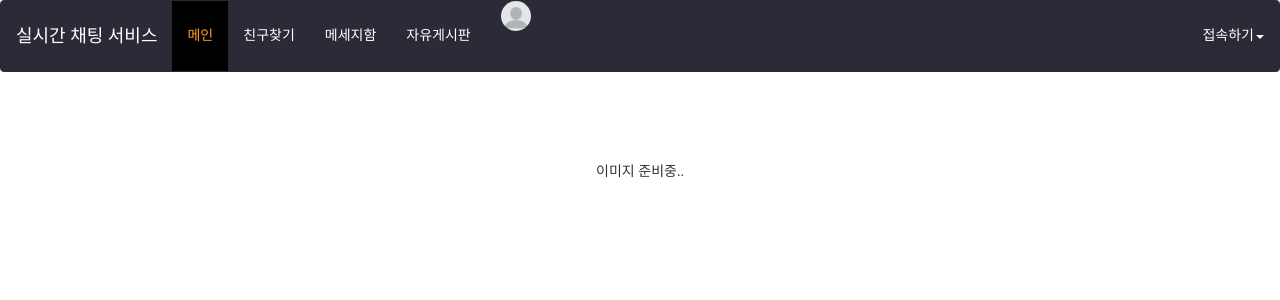
Repository: kkoseunghyun/javaAjaxChat
Page: http://localhost/UserChat/
These files come from the project's save history. The page is drawn as it stood at one moment and after the next save; the edit follows.
The browser window is 1280 px wide. The pictures show the whole page.
Some web fonts or font styles are not loaded; a fallback is used. Some web libraries are served in a nearby version. The page is served by Tomcat 9. Other server files are loaded and not shown. Queries for data that is not in the repository find no rows.

Above is the page before, as saved 2019-07-13 08:37:15.

### JspAjax/UserChat/WebContent/index.jsp
<%@ page language="java" contentType="text/html; charset=UTF-8" pageEncoding="UTF-8"%>
<!DOCTYPE html>
<%@ page import="user.UserDAO" %>
<%@ page import="user.UserDTO" %>
<html>
<%
	String userID = null;
	if(session.getAttribute("userID") != null){
		userID = (String) session.getAttribute("userID");
	}

	UserDAO userDAO = new UserDAO();
	//UserDTO user = userDAO.getUser(userID);
	String userProfile = userDAO.getProfile(userID); // profile의 경로를 가져오는 메서드

%>
<head>
	<meta charset="UTF-8">
	<meta name="viewport" content="width=device-width, initial-scale=1">
	<link rel="stylesheet" type="text/css" href="css/bootstrap.css">
	<link rel="stylesheet" type="text/css" href="css/custom.css?versionewg=2">
	<link rel="stylesheet" type="text/css" href="css/custom2.css?versiontff=2">
	<title>JSP Ajax 실시간 회원제 채팅 서비스</title>
	<script src="https://code.jquery.com/jquery-3.1.1.min.js"></script>
	<script src="js/bootstrap.js"></script>
	<script type="text/javascript">
		/* 상단 내비게이션 메세지함 unread 라벨 표시 */
		function getUnread() {
			$.ajax({
				type: "POST",
				url: "./chatUnread",
				data: {
					userID: encodeURIComponent('<%= userID %>'),
				},
				success: function(result) {
					if(result >= 1) {
						showUnread(result);
					} else {
						showUnread('');
					}
				}
			});
		}
		function getInfiniteUnread() {
			setInterval(function() {
				getUnread();
			}, 4000);
		}
		function showUnread(result) {
			$('#unread').html(result);
		}
	</script>
</head>
<body>
	<nav class="navbar navbar-default">
		<div class="navbar-header">
			<button type="button" class="navbar-toggle collapsed"
				data-toggle="collapse" data-target="#bs-example-navbar-collapse-1"
				aria-expanded="false">
				<span class="icon-bar"></span>
				<span class="icon-bar"></span>
				<span class="icon-bar"></span>
			</button>
			<a class="navbar-brand" href="index.jsp">실시간 채팅 서비스</a>
		</div>
		<div class="collapse navbar-collapse" id="bs-example-navbar-collapse-1">
			<ul class="nav navbar-nav">
				<li class="active"><a href="index.jsp">메인</a></li>
				<li><a href="find.jsp">친구찾기</a></li>
				<li><a href="box.jsp">메세지함<span id="unread" class="label label-info"></span></a></li>
				<li><a href="boardView.jsp">자유게시판</a></li>
				<li><a href="userStatus.jsp"><img class="media-object img-circle" style="media-object: display:none; margin: 0 auto; max-width: 30px; max-height: 30px;" src="<%= userProfile %>"></img></a></li>
			</ul>
			<%
				if(userID == null){ // 로그인이 안된사람들에 한해 보여지는 네비게이션 바
			%>
			<ul class="nav navbar-nav navbar-right">
				<li class="dropdown">
					<a href="#" class="dropdown-toggle"
						data-toggle="dropdown" role="button" aria-haspopup="true"
						aria-expanded="false">접속하기<span class="caret"></span></a>
					<ul class="dropdown-menu">
						<li><a href="login.jsp">로그인</a></li>
						<li><a href="join.jsp">회원가입</a></li>
					</ul>
				</li>
			</ul>
			<%
				} else {
			%>
			<ul class="nav navbar-nav navbar-right">
				<li class="dropdown">
					<a href="#" class="dropdown-toggle"
						data-toggle="dropdown" role="button" aria-haspopup="true"
						aria-expanded="false">회원관리<span class="caret"></span></a>
					<ul class="dropdown-menu">
						<li><a href="update.jsp">회원정보수정</a></li>
						<li><a href="profileUpdate.jsp">프로필 사진 수정</a></li>
						<li><a href="logoutAction.jsp">로그아웃</a></li>
					</ul>
				</li>
			</ul>
			<%
				}
			%>
		</div>
	</nav>
	<div class="container">
		<div style="width:100%; height:160px; line-height:160px; text-align: center;">
			<p>이미지 준비중..</p>
		</div>
	</div>
	<%
		/*
			UserRegisterServlet.java, UserLoginServlet에서 session.setAttribute로 정의한
			messageContent,messageType 을 session.getAttribute를 통해 가져와서, 색깔셋팅 등 messageModal 설정부분
		*/
		String messageContent = null;
		if (session.getAttribute("messageContent") != null) {
			messageContent = (String) session.getAttribute("messageContent");
		}
		String messageType = null;
		if (session.getAttribute("messageType") != null) {
			messageType = (String) session.getAttribute("messageType");
		}
		if (messageContent != null) {
	%>
	<!--  messageModal -->
	<div class="modal fade" id="messageModal" tabindex="-1" role="dialog" aria-hidden="true">
		<div class="vertical-alignment-helper">
			<div class="modal-dialog vertical-align-center">
				<div class="modal-content <% if(messageType.equals("오류 메세지")) out.println("panel-warning"); else out.println("panel-success");%> ">
					<div class="modal-header panel-heading">
						<button type="button" class="close" data-dismiss="modal">
							<span aria-hidden="true">&times</span>		<!-- x버튼 -->
							<span class="sr-only">Close</span>
						</button>
						<h4 class="modal-title">
							<%= messageType %>
						</h4>
					</div>
					<div class="modal-body">
						<%= messageContent %>
					</div>
					<div class="modal-footer">
						<button type="button" class="btn btn-primary" data-dismiss="modal">확인</button>
					</div>
				</div>
			</div>
		</div>
	</div>
	<%
		session.removeAttribute("messageContent");
		session.removeAttribute("messageType");
		}
	%>
	<script>
		$('#messageModal').modal("show");
	</script>
	<%
		if(userID != null) {
	%>
		<script type="text/javascript">
			$(document).ready(function() {
				getUnread(); // 4초 안기다리고 바로 볼 수 있게 먼저해놓음
				getInfiniteUnread();
			});
		</script>
	<%
		}
	%>
</body>
</html>

### JspAjax/UserChat/src/user/UserDAO.java
package user;

import java.sql.Connection;
import java.sql.PreparedStatement;
import java.sql.ResultSet;

import javax.naming.Context;
import javax.naming.InitialContext;
import javax.sql.DataSource;

public class UserDAO {

	DataSource dataSource;

	public UserDAO() { //context.xml에서 설정한 JNDI를 이용. 이 객체는 이제 Container의 DBCP에 의해 관리된다.
		try {
			InitialContext initContext = new InitialContext();
			Context envContext = (Context) initContext.lookup("java:/comp/env");
			dataSource = (DataSource) envContext.lookup("jdbc/UserChat");
		} catch (Exception e) {
			e.printStackTrace();
		}
	}

	public int login(String userID, String userPassword) {
		Connection conn = null;
		PreparedStatement pstmt = null;
		ResultSet rs = null;
		String SQL = "SELECT * FROM USER WHERE userID = ?";
		try {
			conn = dataSource.getConnection(); // 실질적으로 커넥션풀에 접근하게 해줌
			pstmt = conn.prepareStatement(SQL);
			pstmt.setString(1, userID);
			rs = pstmt.executeQuery();
			if(rs.next()) {
				if(rs.getString("userPassword").equals(userPassword)) {
					return 1; // 로그인 성공
				}
				return 2; //비밀번호가 틀림
			} else {
				return 0; // 해당 사용자가 존재하지 않음
			}
		} catch (Exception e) {
			e.printStackTrace();
		} finally {
			try {
				if(rs != null) rs.close();
				if(pstmt != null) pstmt.close();
				if(conn != null) conn.close();
			} catch (Exception e) {
				e.printStackTrace();
			}
		}
		return -1; // 데이터베이스 오류
	}

	public int registerCheck(String userID) { // 아이디 중복체크
		Connection conn = null;
		PreparedStatement pstmt = null;
		ResultSet rs = null;
		String SQL = "SELECT * FROM USER WHERE userID = ?";
		try {
			conn = dataSource.getConnection(); // 실질적으로 커넥션풀에 접근하게 해줌
			pstmt = conn.prepareStatement(SQL);
			pstmt.setString(1, userID);
			rs = pstmt.executeQuery();
			if(rs.next() || userID.equals("")) {
				return 0; // 이미 존재하는 회원
			} else {
				return 1; // 가입 가능한 회원 아이디
			}
		} catch (Exception e) {
			e.printStackTrace();
		} finally {
			try {
				if(rs != null) rs.close();
				if(pstmt != null) pstmt.close();
				if(conn != null) conn.close();
			} catch (Exception e) {
				e.printStackTrace();
			}
		}
		return -1; // 데이터베이스 오류
	}
	/* 회원가입 메서드 */
	public int register(String userID, String userPassword, String userName, String userAge, String userGender, String userEmail, String userProfile) { // 아이디 중복체크
		Connection conn = null;
		PreparedStatement pstmt = null;
		String SQL = "INSERT INTO USER VALUES (?, ?, ?, ?, ?, ?, ?)";
		try {
			conn = dataSource.getConnection(); // 실질적으로 커넥션풀에 접근하게 해줌
			pstmt = conn.prepareStatement(SQL);
			pstmt.setString(1, userID);
			pstmt.setString(2, userPassword);
			pstmt.setString(3, userName);
			pstmt.setInt(4, Integer.parseInt(userAge));
			pstmt.setString(5, userGender);
			pstmt.setString(6, userEmail);
			pstmt.setString(7, userProfile);
			return pstmt.executeUpdate();
		} catch (Exception e) {
			e.printStackTrace();
		} finally {
			try {
				if(pstmt != null) pstmt.close();
				if(conn != null) conn.close();
			} catch (Exception e) {
				e.printStackTrace();
			}
		}
		return -1; // 데이터베이스 오류
	}

	/**
	 * 유저정보 세팅 메서드
	 * */
	public UserDTO getUser(String userID) {
		UserDTO user = new UserDTO();

		Connection conn = null;
		PreparedStatement pstmt = null;
		ResultSet rs = null;
		String SQL = "SELECT * FROM USER WHERE userID = ?";
		try {
			conn = dataSource.getConnection();
			pstmt = conn.prepareStatement(SQL);
			pstmt.setString(1, userID);
			rs = pstmt.executeQuery();
			if(rs.next()) {
				user.setUserID(userID);
				user.setUserPassword(rs.getString("userPassword"));
				user.setUserName(rs.getString("userName"));
				user.setUserAge(rs.getInt("userAge"));
				user.setUserGender(rs.getString("userGender"));
				user.setUserEmail(rs.getString("userEmail"));
				user.setUserProfile(rs.getString("userProfile"));
			}
		} catch (Exception e) {
			e.printStackTrace();
		} finally {
			try {
				if(rs != null) rs.close();
				if(pstmt != null) pstmt.close();
				if(conn != null) conn.close();
			} catch (Exception e) {
				e.printStackTrace();
			}
		}
		return user;
	}

	/**
	 * 회원정보 수정 메서드
	 * */
	public int update(String userID, String userPassword, String userName, String userAge, String userGender, String userEmail) { // 아이디 중복체크
		Connection conn = null;
		PreparedStatement pstmt = null;
		String SQL = "UPDATE user SET userPassword = ?, userName = ?, userAge = ?, userGender = ?,userEmail = ? WHERE userID = ?";
		try {
			conn = dataSource.getConnection(); // 실질적으로 커넥션풀에 접근하게 해줌
			pstmt = conn.prepareStatement(SQL);
			pstmt.setString(1, userPassword);
			pstmt.setString(2, userName);
			pstmt.setInt(3, Integer.parseInt(userAge));
			pstmt.setString(4, userGender);
			pstmt.setString(5, userEmail);
			pstmt.setString(6, userID);
			return pstmt.executeUpdate();
		} catch (Exception e) {
			e.printStackTrace();
		} finally {
			try {
				if(pstmt != null) pstmt.close();
				if(conn != null) conn.close();
			} catch (Exception e) {
				e.printStackTrace();
			}
		}
		return -1; // 데이터베이스 오류
	}

	// userProfile을 db에 업데이트 해주는 메서드
	public int profile(String userID, String userProfile) {
		Connection conn = null;
		PreparedStatement pstmt = null;
		String SQL = "UPDATE user SET userProfile = ? WHERE userID = ?";
		try {
			conn = dataSource.getConnection(); // 실질적으로 커넥션풀에 접근하게 해줌
			pstmt = conn.prepareStatement(SQL);
			pstmt.setString(1, userProfile);
			pstmt.setString(2, userID);
			return pstmt.executeUpdate();
		} catch (Exception e) {
			e.printStackTrace();
		} finally {
			try {
				if(pstmt != null) pstmt.close();
				if(conn != null) conn.close();
			} catch (Exception e) {
				e.printStackTrace();
			}
		}
		return -1; // 데이터베이스 오류
	}

	// userProfile의 경로를 가져오는 메서드
	public String getProfile(String userID) { // 아이디 중복체크
		Connection conn = null;
		PreparedStatement pstmt = null;
		ResultSet rs = null;
		String SQL = "SELECT userProfile FROM USER WHERE userID = ?";
		try {
			conn = dataSource.getConnection(); // 실질적으로 커넥션풀에 접근하게 해줌
			pstmt = conn.prepareStatement(SQL);
			pstmt.setString(1, userID);
			rs = pstmt.executeQuery();
			if(rs.next()) {
				if(rs.getString("userProfile").equals("")) { // 기본 상태의 프로필 사진
					return "http://localhost:8084/UserChat/images/icon.png";
				}
				return "http://localhost:8084/UserChat/upload/" + rs.getString("userProfile");

			}
		} catch (Exception e) {
			e.printStackTrace();
		} finally {
			try {
				if(rs != null) rs.close();
				if(pstmt != null) pstmt.close();
				if(conn != null) conn.close();
			} catch (Exception e) {
				e.printStackTrace();
			}
		}
		return "http://localhost:8084/UserChat/images/icon.png";
	}
}

### JspAjax/UserChat/WebContent/css/custom.css
@import url(http://fonts.googleapis.com/earlyaccess/nanumgothic.css);
@import url(http://fonts.googleapis.com/earlyaccess/hanna.css);
@import url(http://fonts.googleapis.com/earlyaccess/notosanskr.css);
* {
	font-family: 'Nanum Gothic';
}
h5 {
	font-family: 'Noto Sans KR';
	font-size: 15px;
	font-weight: bold;
}
h4 {
	font-family: 'Noto Sans KR';
}
h3 {
	font-family: 'Hanna';
}
h2 {
	font-family: 'Hanna';
}
h1 {
	font-family: 'Hanna';
}

/* 테이블 관련 디자인 처리 */
thead th {
	background-color: #2d1f1f;
	color: white;
	text-align: center;
}
tr td:first-child,
tr th:first-child {
	border-top-left-radius: 6px;
	border-bottom-left-radius: 6px;
}
tr td:last-child,
tr th:last-child {
	border-top-right-radius: 6px;
	border-bottom-right-radius: 6px;
}

/* 모달 팝업창 관련 디자인 처리 */
.vertical-alignment-helper {
	display: table;
	height: 100%;
	width: 100%;
	pointer-events: none;
}
.vertical-alignment-center {
	display: table-cell;
	vertical-align: middle;
	pointer-events: none;
}
.modal-content {
	width: inherit;
	height: inherit;
	margin: 0 auto;
	pointer-events: all;
}

/* 채팅창 디자인 처리 */
.portlet {
    margin-bottom: 15px;
}
.btn-white {
    border-color: #cccccc;
    color: #333333;
    background-color: #ffffff;
}
.portlet {
    border: 1px solid;
}
.portlet .portlet-heading {
    padding: 0 15px;
}
.portlet .portlet-heading h4 {
    padding: 1px 0;
    font-size: 16px;
}
.portlet .portlet-heading a {
    color: #fff;
}
.portlet .portlet-heading a:hover,
.portlet .portlet-heading a:active,
.portlet .portlet-heading a:focus {
    outline: none;
}
.portlet .portlet-widgets .dropdown-menu a {
    color: #333;
}
.portlet .portlet-widgets ul.dropdown-menu {
    min-width: 0;
}
.portlet .portlet-heading .portlet-title {
    float: left;
}
.portlet .portlet-heading .portlet-title h4 {
    margin: 10px 0;
}
.portlet .portlet-heading .portlet-widgets {
    float: right;
    margin: 8px 0;
}
.portlet .portlet-heading .portlet-widgets .tabbed-portlets {
    display: inline;
}
.portlet .portlet-heading .portlet-widgets .divider {
    margin: 0 5px;
}
.portlet .portlet-body {
    padding: 15px;
    background: #fff;
}
.portlet .portlet-footer {
    padding: 10px 15px;
    background: #e0e7e8;
}
.portlet .portlet-footer ul {
    margin: 0;
}
.portlet-green,
.portlet-green>.portlet-heading {
    border-color: #16a085;
}
.portlet-green>.portlet-heading {
    color: #fff;
    background-color: #16a085;
}
.portlet-orange,
.portlet-orange>.portlet-heading {
    border-color: #f39c12;
}
.portlet-orange>.portlet-heading {
    color: #fff;
    background-color: #f39c12;
}
.portlet-blue,
.portlet-blue>.portlet-heading {
    border-color: #2980b9;
}
.portlet-blue>.portlet-heading {
    color: #fff;
    background-color: #2980b9;
}
.portlet-red,
.portlet-red>.portlet-heading {
    border-color: #e74c3c;
}
.portlet-red>.portlet-heading {
    color: #fff;
    background-color: #e74c3c;
}
.portlet-purple,
.portlet-purple>.portlet-heading {
    border-color: #8e44ad;
}
.portlet-purple>.portlet-heading {
    color: #fff;
    background-color: #8e44ad;
}
.portlet-default,
.portlet-dark-blue,
.portlet-default>.portlet-heading,
.portlet-dark-blue>.portlet-heading {
    border-color: #34495e;
}
.portlet-default>.portlet-heading,
.portlet-dark-blue>.portlet-heading {
    color: #fff;
    background-color: #34495e;
}
.portlet-basic,
.portlet-basic>.portlet-heading {
    border-color: #333;
}
.portlet-basic>.portlet-heading {
    border-bottom: 1px solid #333;
    color: #333;
    background-color: #fff;
}
@media(min-width:768px) { /* 화면 너비 768 이하일때 적용 */
    .portlet {
        margin-bottom: 30px;
    }
}
.img-chat{
width:40px;
height:40px;
}
.text-green {
    color: #16a085;
}
.text-orange {
    color: #f39c12;
}
.text-red {
    color: #e74c3c;
}

### JspAjax/UserChat/WebContent/css/custom2.css
@import url(http://fonts.googleapis.com/earlyaccess/nanumgothic.css);
/* 전체 영역 지정 */
* {
    font-family: 'Nanum Gothic';
}
/* 전체 링크 영역 지정 */
a {
    color: #000000;
    text-decoration: none;
}
a:hover{
    color: #bbbbbb;
    text-decoration:none;
    cursor: pointer;
}

/* 네비게이션 영역 */
.navbar-default{    /* 배경 색상*/
    background-color: #2b2b37;
    border-color: #2b2b37;
}
.navbar-default .navbar-brand{ /* 내비게이션 제목 생상 */
    color: #ffffff;
    padding-top: 25px;
    font-family: 'Hanna';
}
.navbar-default .navbar-brand:hover,
.navbar-default .navbar-brand:focus{ /*내비게이션 제목에 마우스를 올렸을 때 */
    background-color: transparent;
    color: #FE9A2E;
}
.navbar-default .navbar-nav > .active > a,
.navbar-default .navbar-nav > .active > a:hover,
.navbar-default .navbar-nav > .active > a:focus{/* 현재 선택된 내비게이션 색상 이벤트 */
    color: #FE9A2E;
    background-color: #000000;
}
.navbar-default .navbar-nav > li > a { /*내비게이션 기본 글자 색상 */
	color: #ffffff;
    font-family: 'Hanna';
}
.navbar-default .navbar-nav > li > a:hover,
.navbar-default .navbar-nav > li > a:focus { /*내비게이션의 글자에 마우스를 올렸을 때 */
    color: #FE9A2E;
}
.navbar-default .navbar-nav > .open > a,
.navbar-default .navbar-nav > .open > a:hover,
.navbar-default .navbar-nav > .open > a:focus{ /* .open : 드랍다운이 열렸을 때 마우스 색상 이벤트  */
    color: #FE9A2E;
    background-color: #000000;
    text-decoration: none;
}
.navbar-default .navbar-toggle:hover,
.navbar-default .navbar-toggle:focus { /* 토글에 마우스를 올렸을 때 */
	background-color: #dddddd;
}
.navbar-default .navbar-toggle: .icon-bar { /* 토글 아이콘 바 색상 */
	background-color: #dddddd;
}

/* 미디어 쿼리 */
@media (max-width: 767px) { /* 화면 너비 767 이하일때 적용 */
    .navbar-default .navbar-nav .open .dropdown-menu > li > a {
        color: #ffffff;
    }
    .navbar-default .navbar-nav .open .dropdown-menu > li > a:hover,
    .navbar-default .navbar-nav .open .dropdown-menu > li > a:focus {
        color: #eeeeee;
    }
}
/* 네비게이션 바 길이 수정 */
.navbar-fixed-top {
	min-height: 70px;
}
.navbar-nav > li > a {
	padding-top: 0px;
	padding-bottom: 0px;
	line-height: 70px;
}
@media (max-width: 767px) { /* 화면 너비 767 이하일때 적용 */
	.navbar-default .navbar-brand {
		padding-top: 15px;
	}
	.navbar-nav > li > a {
		padding-top: 0px;
		padding-bottom: 0px;
		line-height: 40px;
	}
}

Loaded but not shown: JspAjax/UserChat/WebContent/css/bootstrap.css (library); JspAjax/UserChat/WebContent/js/bootstrap.js (library)

After the next save:
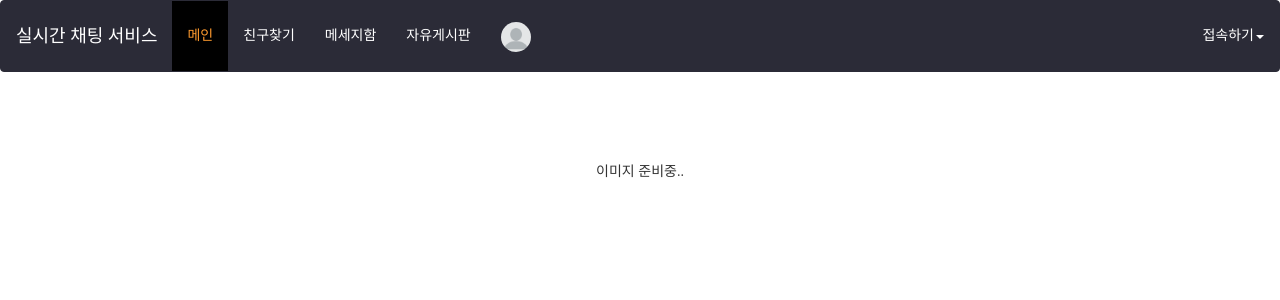
Saved 18 s later.
--- a/JspAjax/UserChat/WebContent/index.jsp
+++ b/JspAjax/UserChat/WebContent/index.jsp
@@ -69,7 +69,7 @@
 				<li><a href="find.jsp">친구찾기</a></li>
 				<li><a href="box.jsp">메세지함<span id="unread" class="label label-info"></span></a></li>
 				<li><a href="boardView.jsp">자유게시판</a></li>
-				<li><a href="userStatus.jsp"><img class="media-object img-circle" style="media-object: display:none; margin: 0 auto; max-width: 30px; max-height: 30px;" src="<%= userProfile %>"></img></a></li>
+				<li><a href="userStatus.jsp"><img class=".media-object img-circle" style="media-object: display:none; margin: 0 auto; max-width: 30px; max-height: 30px;" src="<%= userProfile %>"></img></a></li>
 			</ul>
 			<%
 				if(userID == null){ // 로그인이 안된사람들에 한해 보여지는 네비게이션 바
